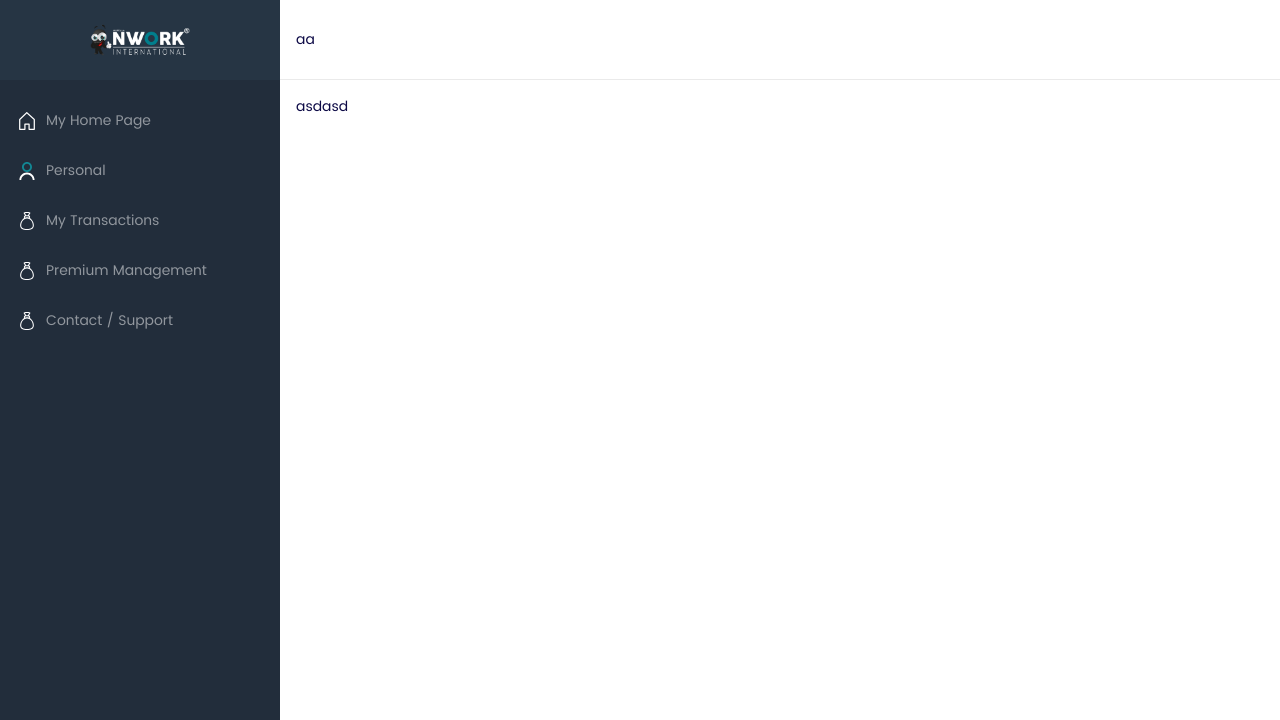
Repository: KayahanKahriman/nwork-admin
Page: index.html
These files come from the project's save history. The page is drawn as it stood at one moment and after the next save; the edit follows.
The browser window is 1280 px wide. The pictures show the whole page.
Some web fonts or font styles are not loaded; a fallback is used. The style sheet was rebuilt from its Sass, Less or Tailwind sources for each picture, by a compiler version that may differ from the author's.

Above is the page before, as saved 2021-06-09 12:13:26.

After the next save:
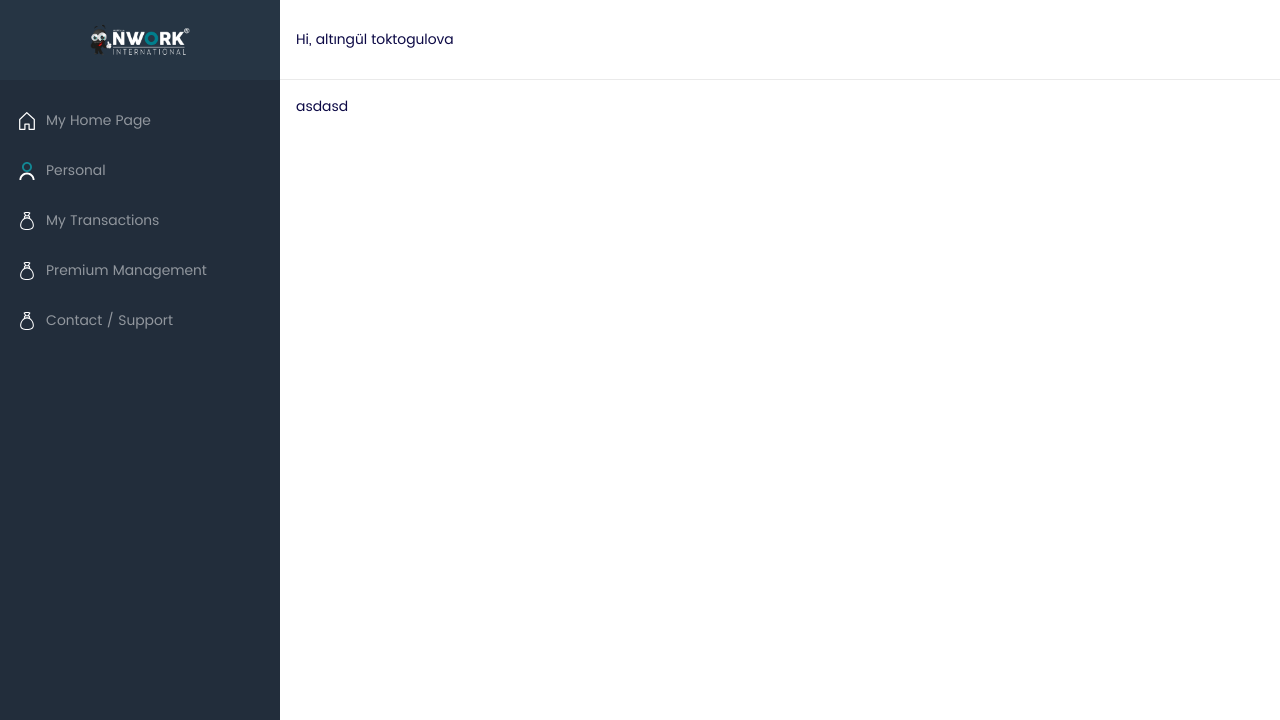
Saved 32 s later.
--- a/index.html
+++ b/index.html
@@ -18,7 +18,10 @@
             </a>
         </div>
         <div id="header-right" class="p-3 d-flex align-items-center">
-            aa
+            <div id="user">
+                Hi,
+                <span>altıngül toktogulova</span>
+            </div>
         </div>
     </header>
     <aside>
